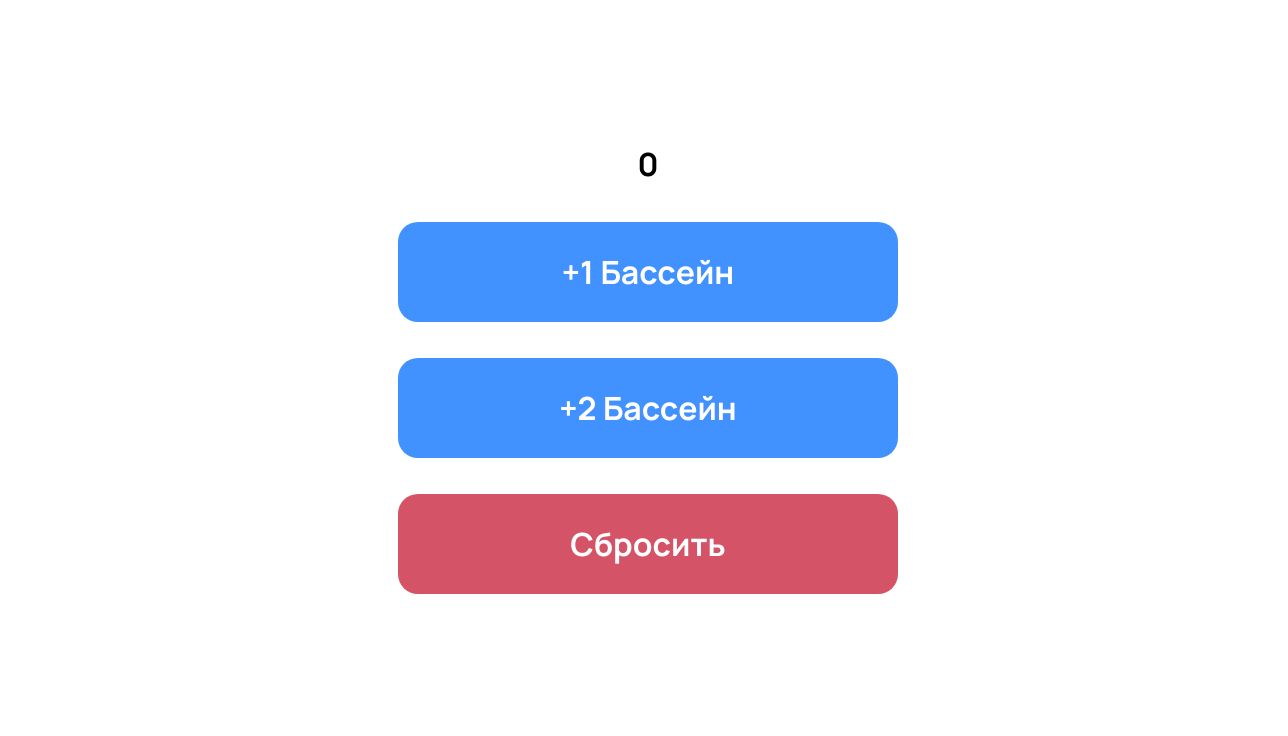
Repository: Huseynov98/js-practice
Page: index.html
The author's editor kept a copy of each file at every save. The page is drawn from the files as they stood at one save, then again after the next save.
The browser window is 1280 px wide. The page is 1288 px wide, so the pictures cover 1288 px, including what lies to the right of the window. The pictures show the whole page.
After loading, the first visible `#addOnePoolButton` was clicked once.

Above is the page before, as saved 2023-05-15 11:00:32.

After the next save:
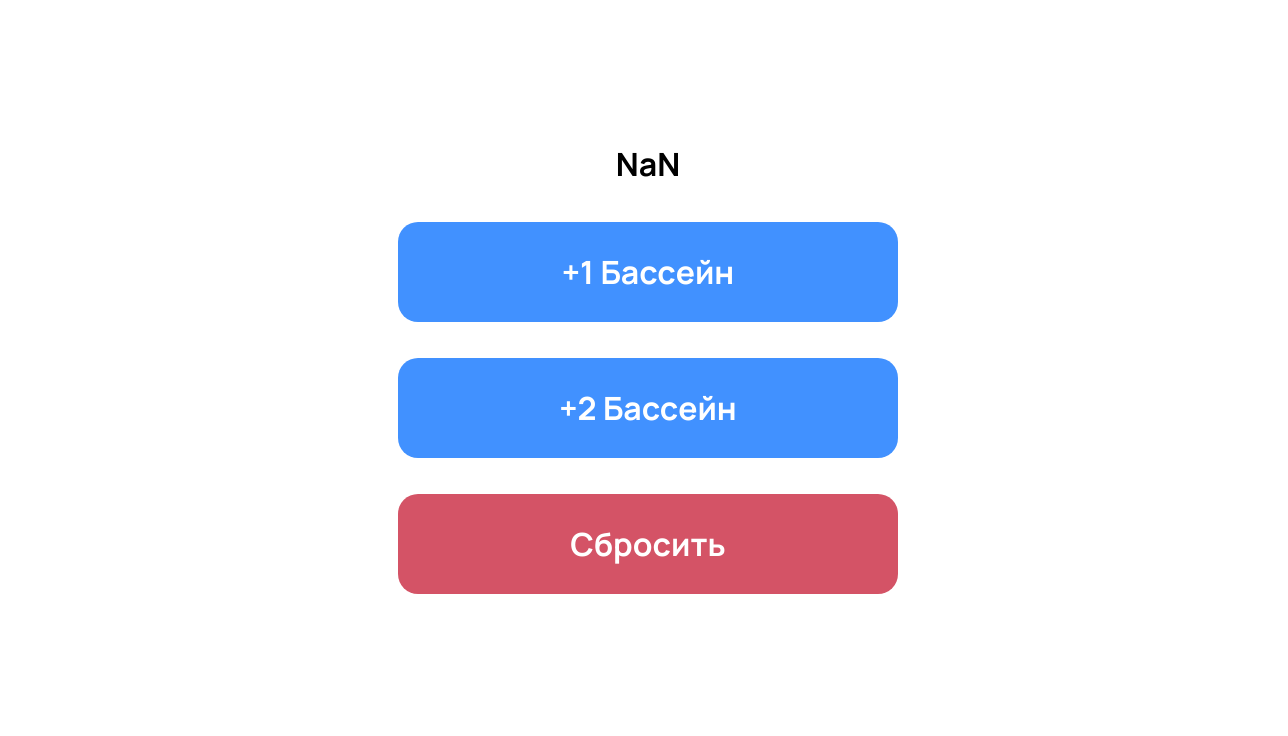
Saved 38 s later.
--- a/JS/index.js
+++ b/JS/index.js
@@ -13,4 +13,5 @@ let counter = COUNTER_INITIAL_VALUE;
 addOnePoolButton.addEventListener("click", function () {
   counter = counter + addTwoPoolButton.dataset.pools;
   console.log(counter, addOnePoolButton.dataset.pools);
+  counterEl.innerText = counter;
 });
